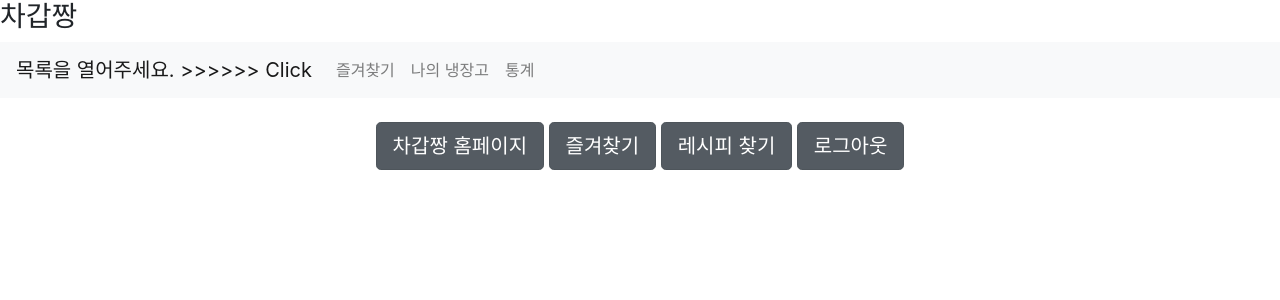
Repository: yousunning/coldzzang-miniproject
Page: http://localhost/cold/WEB-INF/myStatistics.jsp
These files come from the project's save history. The page is drawn as it stood at one moment and after the next save; the edit follows.
The browser window is 1280 px wide. The pictures show the whole page.
The page is served by Tomcat 9. Nobody is signed in. Other server files are loaded and not shown. The template is opened directly, without the code that normally fills it, so the values that code supplies are empty.

Above is the page before, as saved 2024-01-22 12:04:10.

### cold/src/main/webapp/WEB-INF/myStatistics.jsp
<%@ page language="java" contentType="text/html; charset=UTF-8"
    pageEncoding="UTF-8"%>
<!DOCTYPE html>

<html>
<head>
    <title>나의 웹사이트</title>
    <meta name="viewport" content="width=device-width, initial-scale=1">
    <!-- Bootstrap CSS -->
    <link href="https://stackpath.bootstrapcdn.com/bootstrap/4.3.1/css/bootstrap.min.css" rel="stylesheet">
</head>
<body>
    <h3>차갑짱</h3>
    <nav class="navbar navbar-expand-lg navbar-light bg-light">
        <a class="navbar-brand" href="/food/List/login">목록을 열어주세요. >>>>>> Click</a>
        <button class="navbar-toggler" type="button" data-toggle="collapse" data-target="#navbarNav" aria-controls="navbarNav" aria-expanded="false" aria-label="Toggle navigation">
            <span class="navbar-toggler-icon"></span>
        </button>
        <div class="collapse navbar-collapse" id="navbarNav">
            <ul class="navbar-nav">
                <li class="nav-item">
                    <a class="nav-link" href="/food/List/like">즐겨찾기</a>
                </li>
                <li class="nav-item">
                    <a class="nav-link" href="/food/List/myRefrigerator">나의 냉장고</a>
                </li>
                <li class="nav-item">
                    <a class="nav-link" href="/food/List/myStatistics">통계</a>
                </li>
            </ul>
        </div>
    </nav>

    <!-- 메인 컨텐츠 -->
    <div class="container mt-4" style="text-align:center;">
    <!-- 링크를 버튼처럼 스타일링 -->
    <a href="/food/List/homepage" class="btn btn-secondary btn-lg active" role="button" aria-pressed="true">차갑짱 홈페이지</a>
    <a href="/food/List/like" class="btn btn-secondary btn-lg active" role="button" aria-pressed="true">즐겨찾기</a>
    <a href="/food/List/recipe" class="btn btn-secondary btn-lg active" role="button" aria-pressed="true">레시피 찾기</a>
      	<a href="/food/List/login" class="btn btn-secondary btn-lg active" role="button" aria-pressed="true">로그아웃</a>
</div>
    <!-- jQuery, Popper.js, Bootstrap JS -->
    <script src="https://code.jquery.com/jquery-3.3.1.slim.min.js"></script>
    <script src="https://cdnjs.cloudflare.com/ajax/libs/popper.js/1.14.7/umd/popper.min.js"></script>
    <script src="https://stackpath.bootstrapcdn.com/bootstrap/4.3.1/js/bootstrap.min.js"></script>
</body>
</html>
</body>
</html>

After the next save:
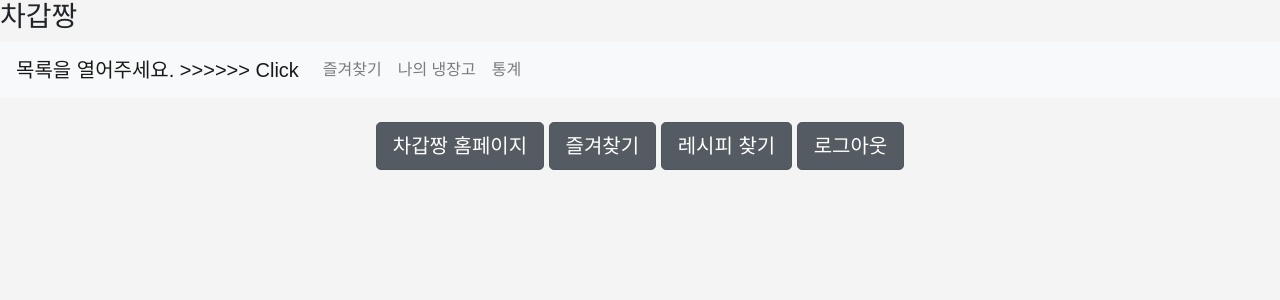
Saved 10 min 59 s later.
--- a/cold/src/main/webapp/WEB-INF/myStatistics.jsp
+++ b/cold/src/main/webapp/WEB-INF/myStatistics.jsp
@@ -8,6 +8,12 @@
     <meta name="viewport" content="width=device-width, initial-scale=1">
     <!-- Bootstrap CSS -->
     <link href="https://stackpath.bootstrapcdn.com/bootstrap/4.3.1/css/bootstrap.min.css" rel="stylesheet">
+ <style>
+        body {
+            background-color: #f4f4f4;
+            font-family: 'Arial', sans-serif;
+        }
+  </style>
 </head>
 <body>
     <h3>차갑짱</h3>
